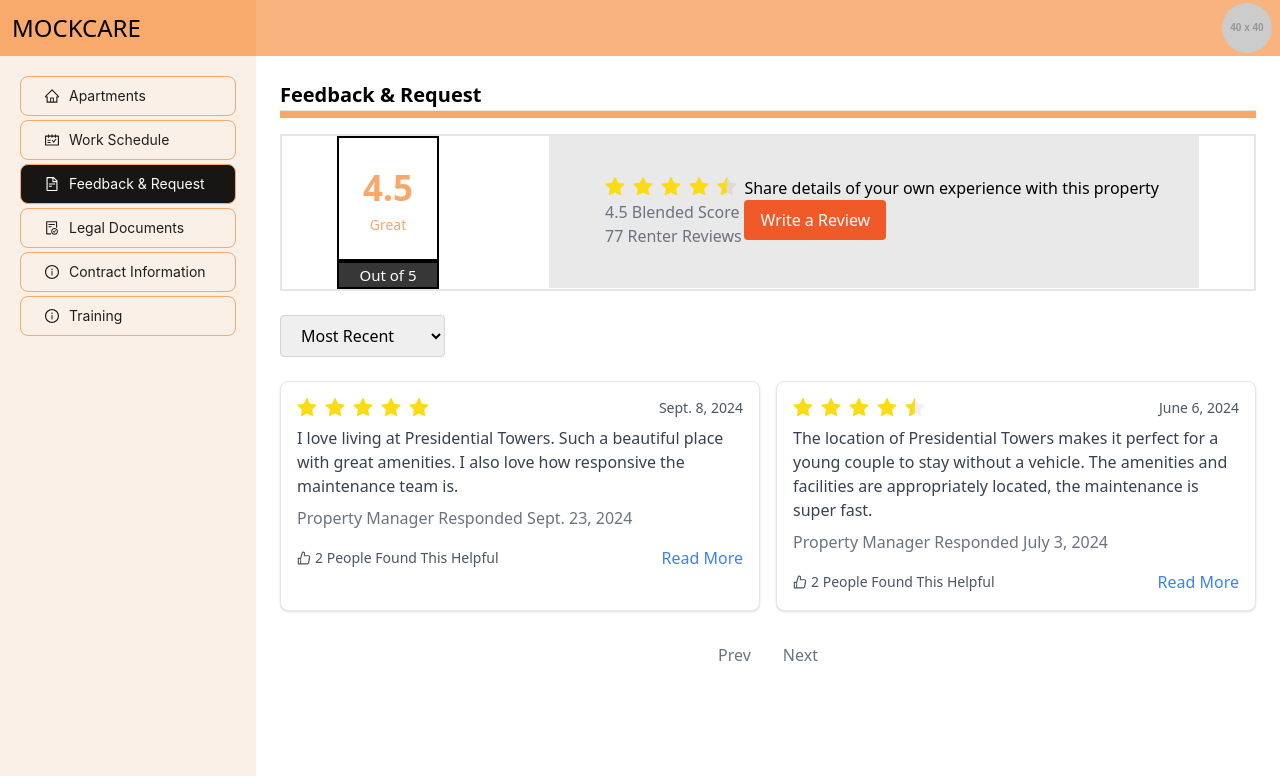
Repository: dunh-real/MockProject_102024_Nhom4
Page: / (app in frontend/)
An editor plug-in stored every save of this project. The page is shown before and after the next save, followed by the edit.
The browser window is 1280 px wide. The pictures show the whole page.
The project was rebuilt for these pictures with package versions that can differ from the ones it lists, and the page was loaded fresh each time. Also part of the build but not shown: frontend/vite.config.js, frontend/vite.config.ts, frontend/src/App.css, frontend/src/component/ReviewModal.tsx.

Above is the page before, as saved 2024-10-09 13:22:49.

After the next save:
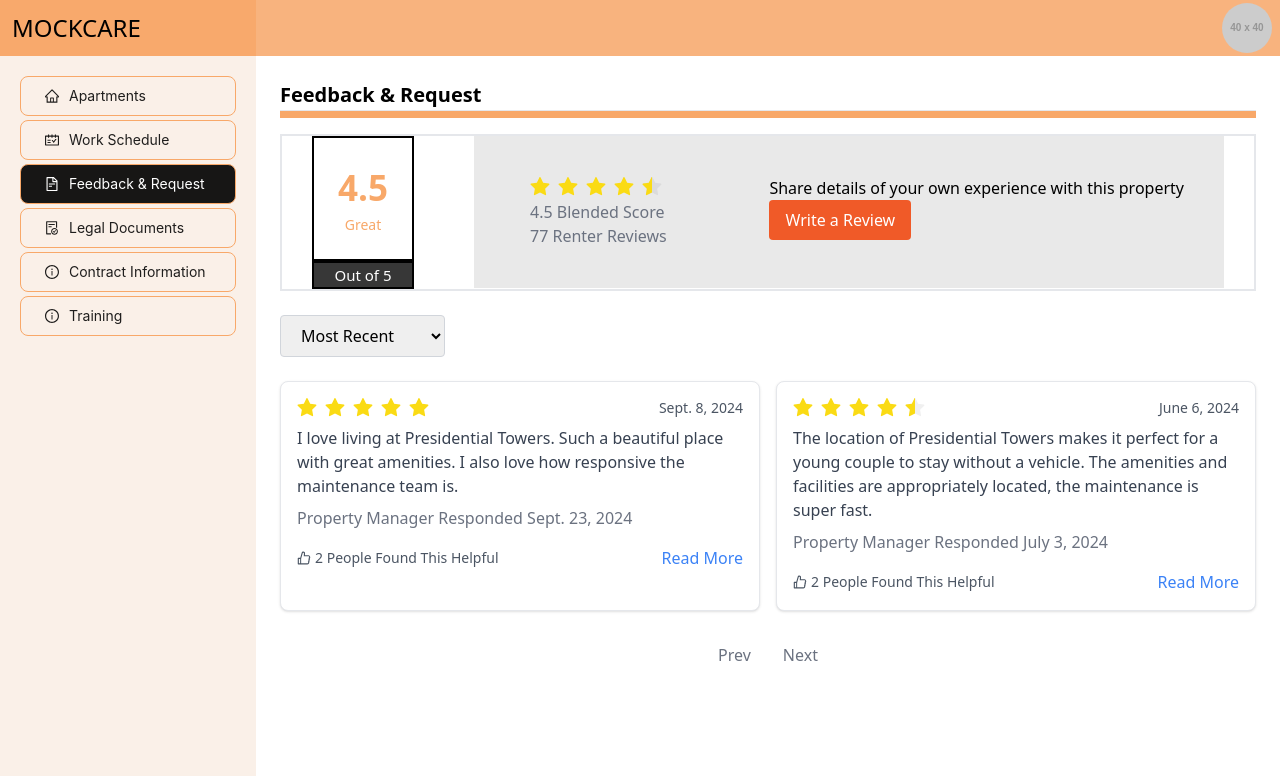
Saved 5 s later.
--- a/frontend/src/pages/Feedback&Request/Feedback&Request.tsx
+++ b/frontend/src/pages/Feedback&Request/Feedback&Request.tsx
@@ -76,7 +76,7 @@ const ReviewList: React.FC = () => {
                             </div>
                         </div>
                         <div className='bg-[#d9d9d995] flex justify-between'
-                         style={{ width: '100%', maxWidth: '650px', padding:40}}
+                         style={{ width: '100%', maxWidth: '750px', padding:40}}
                         >
                             <div className="ml-4 ">
                                 <Rate allowHalf defaultValue={4.5} disabled />
